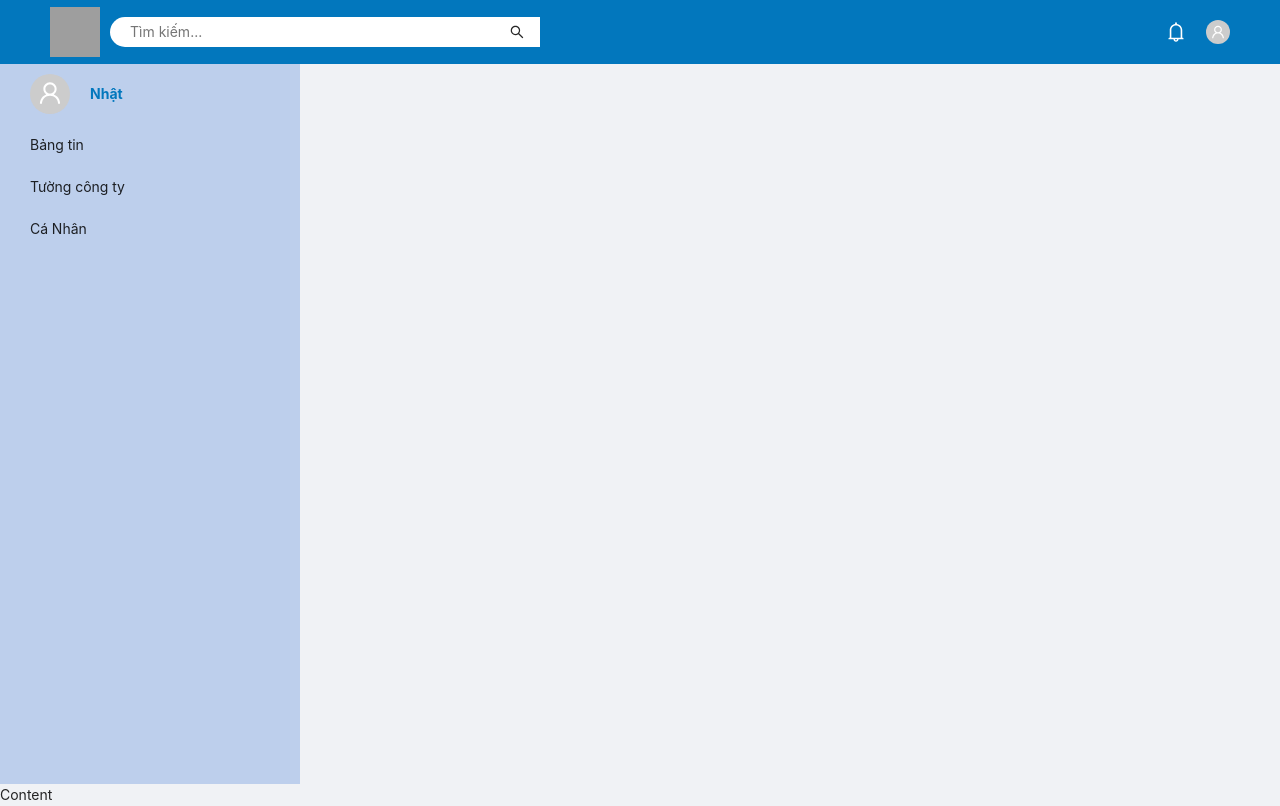
Repository: baonhat27/SocialNetwork_FE
Page: /home
These files come from the project's save history. The page is drawn as it stood at one moment and after the next save; the edit follows.
The browser window is 1280 px wide. The pictures show the whole page.
Pictures or frames that could not be fetched are drawn as grey boxes. The project was rebuilt for these pictures with package versions that can differ from the ones it lists, and the page was loaded fresh each time. Also part of the build but not shown: src/containers/home/component/HomeComponent.module.css, src/containers/loginPage/component/LoginPageComponent.module.css, src/components/Input/Input.module.css, src/components/Input/Input.js, src/components/Button/Button.module.css, src/components/Button/Button.js, src/containers/loginPage/component/LoginPageComponent.js, src/containers/loginPage/LoginPageContainer.js.

Above is the page before, as saved 2022-03-09 21:57:46.

After the next save:
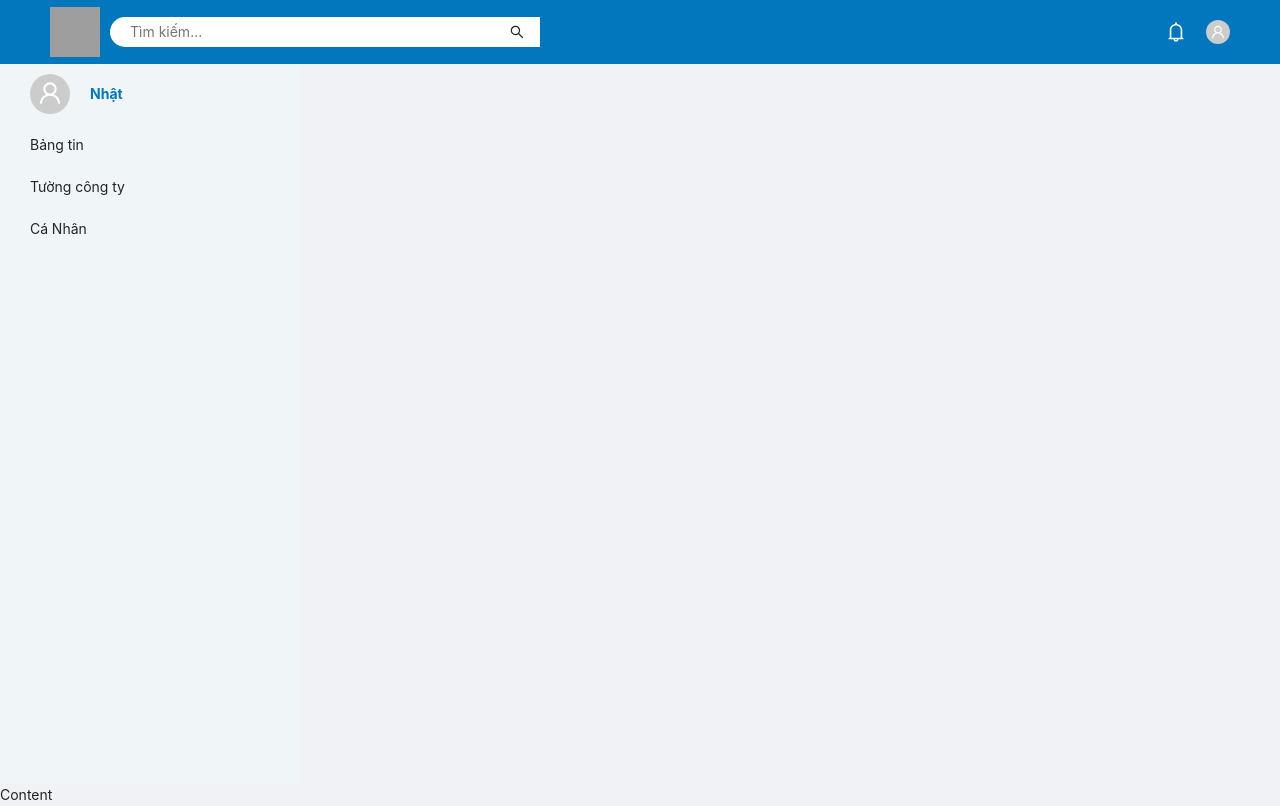
Saved 54 s later.
--- a/src/containers/sider/component/Sider.module.css
+++ b/src/containers/sider/component/Sider.module.css
@@ -1,5 +1,5 @@
 .sider{
-    background-color: #bdcfec !important;
+    background-color: #f0f5f8 !important;
     height: 100vh;
     display: flex;
     width: 300px;

After the save that followed:
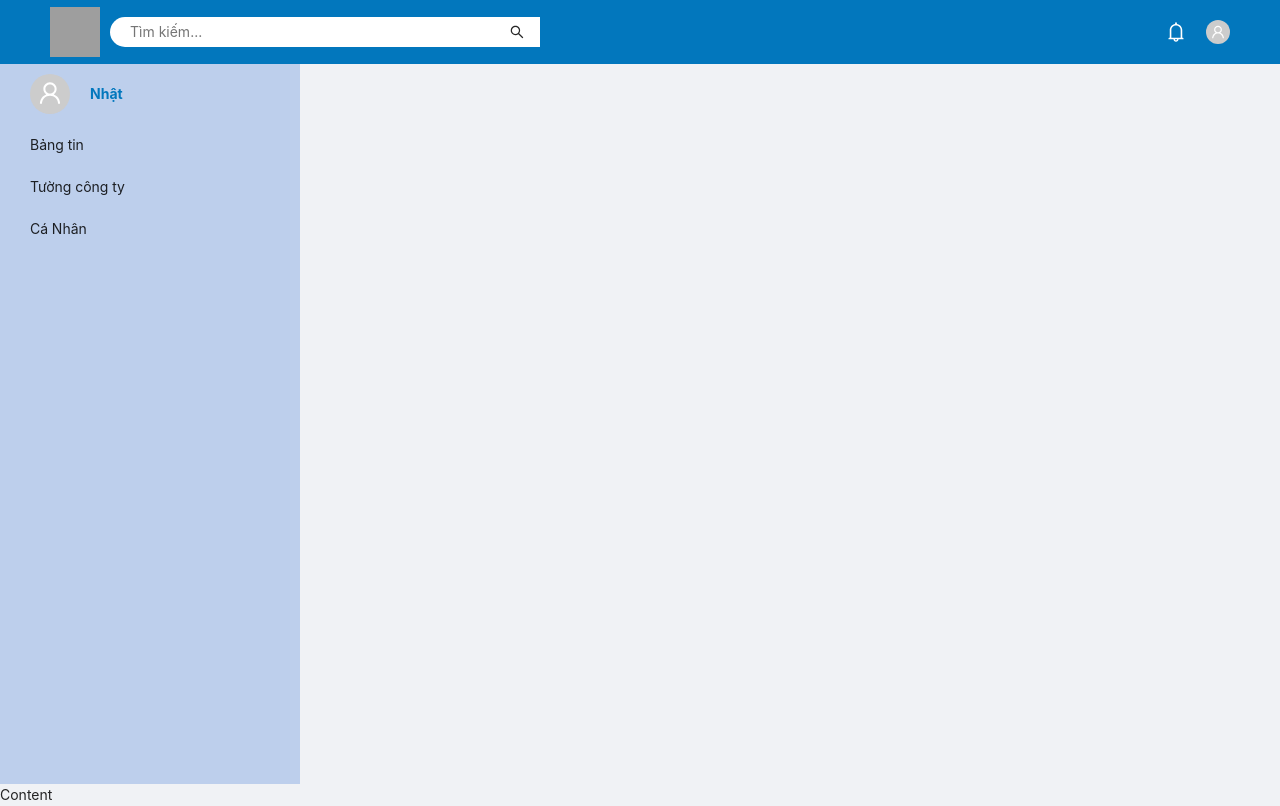
Saved 13 s later.
--- a/src/containers/sider/component/Sider.module.css
+++ b/src/containers/sider/component/Sider.module.css
@@ -1,5 +1,5 @@
 .sider{
-    background-color: #f0f5f8 !important;
+    background-color: #bdcfec !important;
     height: 100vh;
     display: flex;
     width: 300px;
